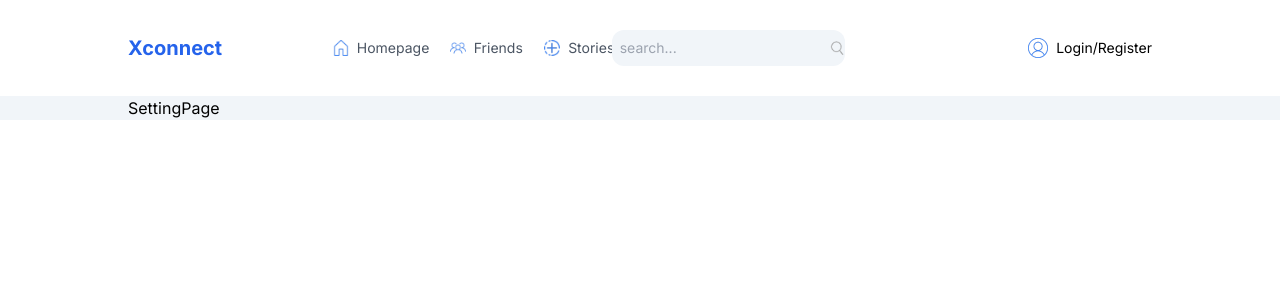
Repository: Tedydev-web/Xconnect
Page: /settings
These files come from the project's save history. The page is drawn as it stood at one moment and after the next save; the edit follows.
The browser window is 1280 px wide. The pictures show the whole page.
The page's requests for data from a server got no answer. The project was rebuilt for these pictures with package versions that can differ from the ones it lists, and the page was loaded fresh each time. Some packages were replaced by stand-ins written for this rebuild. The framework's server and built-in components were replaced by stand-ins that run in the browser. No one was signed in, and anything a server would have sent is missing. Also part of the build but not shown: next.config.mjs.

Above is the page before, as saved 2024-10-15 10:42:08.

### src/app/layout.tsx
import type { Metadata } from 'next';
import { Inter } from 'next/font/google';
import './globals.css';
import Navbar from '@/components/Navbar';
import { ClerkProvider } from '@clerk/nextjs';

const inter = Inter({ subsets: ['latin'] });

export const metadata: Metadata = {
	title: 'Xconnect',
	description: 'Social media app built with Next.js',
};

export default function RootLayout({
	children,
}: Readonly<{
	children: React.ReactNode;
}>) {
	return (
		<ClerkProvider>
			<html lang="en">
				<body className={inter.className}>
					<div className="w-full bg-white px-4 md:px-8 lg:px-16 xl:px-32 2xl:px-64">
						<Navbar />
					</div>
					<div className=" bg-slate-100 px-4 md:px-8 lg:px-16 xl:px-32 2xl:px-64">{children}</div>
				</body>
			</html>
		</ClerkProvider>
	);
}

### src/app/settings/page.tsx
const SettingPage = () => {
  return (
    <div className=''>SettingPage</div>
  )
}

export default SettingPage

### src/app/globals.css
@tailwind base;
@tailwind components;
@tailwind utilities;

.scrollbar-hide::-webkit-scrollbar{
  display: none;
}

.scrollbar-hide{
  scrollbar-width: none;
}

### src/components/Navbar.tsx
import Link from 'next/link';
import MobileMenu from './MobileMenu';
import Image from 'next/image';
import { ClerkLoaded, ClerkLoading, SignedIn, SignedOut, UserButton } from '@clerk/nextjs';

const Navbar = () => {
	return (
		<div className="h-24 flex items-center justify-between">
			{/* LEFT */}
			<div className="md:hidden lg:block w-[20%]">
				<Link
					href="/"
					className="font-bold text-xl text-blue-600">
					Xconnect
				</Link>
			</div>
			{/* CENTER */}
			<div className="hidden md:flex w-[50%] text-sm items-center justify-between">
				{/* LINKS */}
				<div className="flex gap-6 text-gray-600">
					<Link
						href="/"
						className="flex items-center gap-2">
						<Image
							src="/home.png"
							alt="Homepage"
							width={16}
							height={16}
							className="w-4 h-4"
						/>
						<span>Homepage</span>
					</Link>
					<Link
						href="/"
						className="flex items-center gap-2">
						<Image
							src="/friends.png"
							alt="Friends"
							width={16}
							height={16}
							className="w-4 h-4"
						/>
						<span>Friends</span>
					</Link>
					<Link
						href="/"
						className="flex items-center gap-2">
						<Image
							src="/stories.png"
							alt="Stories"
							width={16}
							height={16}
							className="w-4 h-4"
						/>
						<span>Stories</span>
					</Link>
				</div>
				<div className="hidden xl:flex p-2 bg-slate-100 items-center rounded-xl">
					<input
						type="text"
						placeholder="search..."
						className="bg-transparent outline-none"
					/>
					<Image
						src="/search.png"
						alt=""
						width={14}
						height={14}
					/>
				</div>
			</div>
			{/* RIGHT */}
			<div className="w-[30%] flex items-center gap-4 xl:gap-8 justify-end">
				<ClerkLoading>
					<div className="inline-block h-4 w-4 animate-spin rounded-full border-2 border-gray-500 border-solid border-current border-e-transparent align-[-0.125em] text-surface motion-reduce:animate-[spin_1.5s_linear_infinite] dark:text-white" />
				</ClerkLoading>
				<ClerkLoaded>
					<SignedIn>
						<div className="cursor-pointer">
							<Image
								src="/people.png"
								alt=""
								width={24}
								height={24}
							/>
						</div>
						<div className="cursor-pointer">
							<Image
								src="/messages.png"
								alt=""
								width={20}
								height={20}
							/>
						</div>
						<div className="cursor-pointer">
							<Image
								src="/notifications.png"
								alt=""
								width={20}
								height={20}
							/>
						</div>
						<UserButton />
					</SignedIn>
					<SignedOut>
						<div className="flex items-center gap-2 text-sm">
							<Image
								src="/login.png"
								alt=""
								width={20}
								height={20}
							/>
							<Link href="/sign-in">Login/Register</Link>
						</div>
					</SignedOut>
				</ClerkLoaded>
				<MobileMenu />
			</div>
		</div>
	);
};

export default Navbar;

### src/components/MobileMenu.tsx
"use client";

import Link from "next/link";
import { useState } from "react";

const MobileMenu = () => {
  const [isOpen, setIsOpen] = useState(false);
  return (
    <div className="md:hidden">
      <div
        className="flex flex-col gap-[4.5px] cursor-pointer"
        onClick={() => setIsOpen((prev) => !prev)}
      >
        <div
          className={`w-6 h-1 bg-blue-500 rounded-sm ${
            isOpen ? "rotate-45" : ""
          } origin-left ease-in-out duration-500`}
        />
        <div
          className={`w-6 h-1 bg-blue-500 rounded-sm ${
            isOpen ? "opacity-0" : ""
          } ease-in-out duration-500`}
        />
        <div
          className={`w-6 h-1 bg-blue-500 rounded-sm ${
            isOpen ? "-rotate-45" : ""
          } origin-left ease-in-out duration-500`}
        />
      </div>
      {isOpen && (
        <div className="absolute left-0 top-24 w-full h-[calc(100vh-96px)] bg-white flex flex-col items-center justify-center gap-8 font-medium text-xl z-10">
          <Link href="/">Home</Link>
          <Link href="/">Friends</Link>
          <Link href="/">Groups</Link>
          <Link href="/">Stories</Link>
          <Link href="/">Login</Link>
        </div>
      )}
    </div>
  );
};

export default MobileMenu;

Loaded but not shown: tailwind.config.ts (common file)

After the next save:
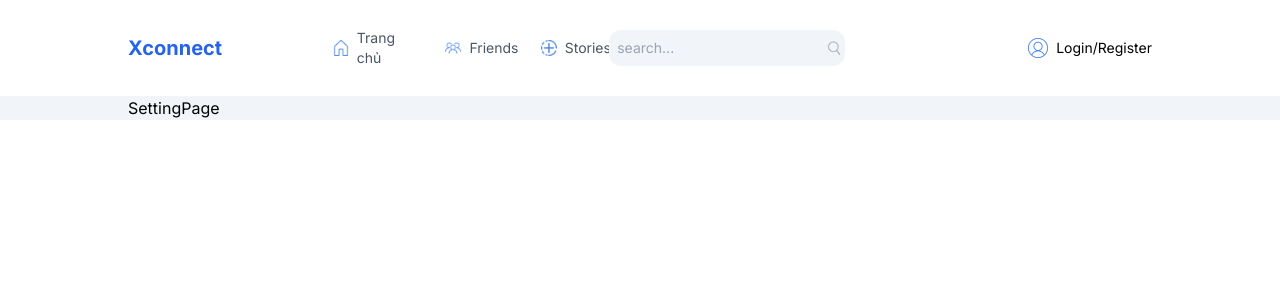
Saved 119 s later.
--- a/src/components/Navbar.tsx
+++ b/src/components/Navbar.tsx
@@ -28,7 +28,7 @@ const Navbar = () => {
 							height={16}
 							className="w-4 h-4"
 						/>
-						<span>Homepage</span>
+						<span>Trang chủ</span>
 					</Link>
 					<Link
 						href="/"
